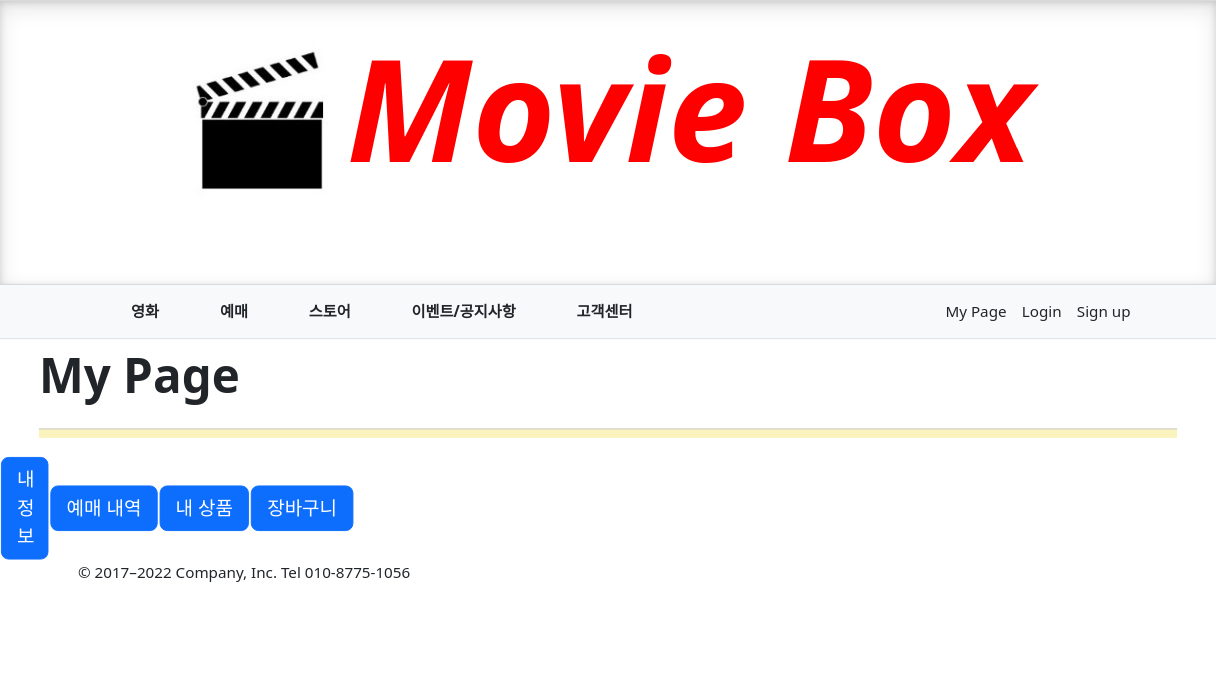
Repository: SpearManCN/MovieBox-2nd-Project-
Page: http://localhost/prj_01/WEB-INF/views/myPageHome.jsp
These files come from the project's save history. The page is drawn as it stood at one moment and after the next save; the edit follows.
The browser window is 1280 px wide. The pictures show the whole page, at 95% of full size.
The page is served by Tomcat 9. Nobody is signed in. The template is opened directly, without the code that normally fills it, so the values that code supplies are empty.

Above is the page before, as saved 2022-12-13 09:49:36.

After the next save:
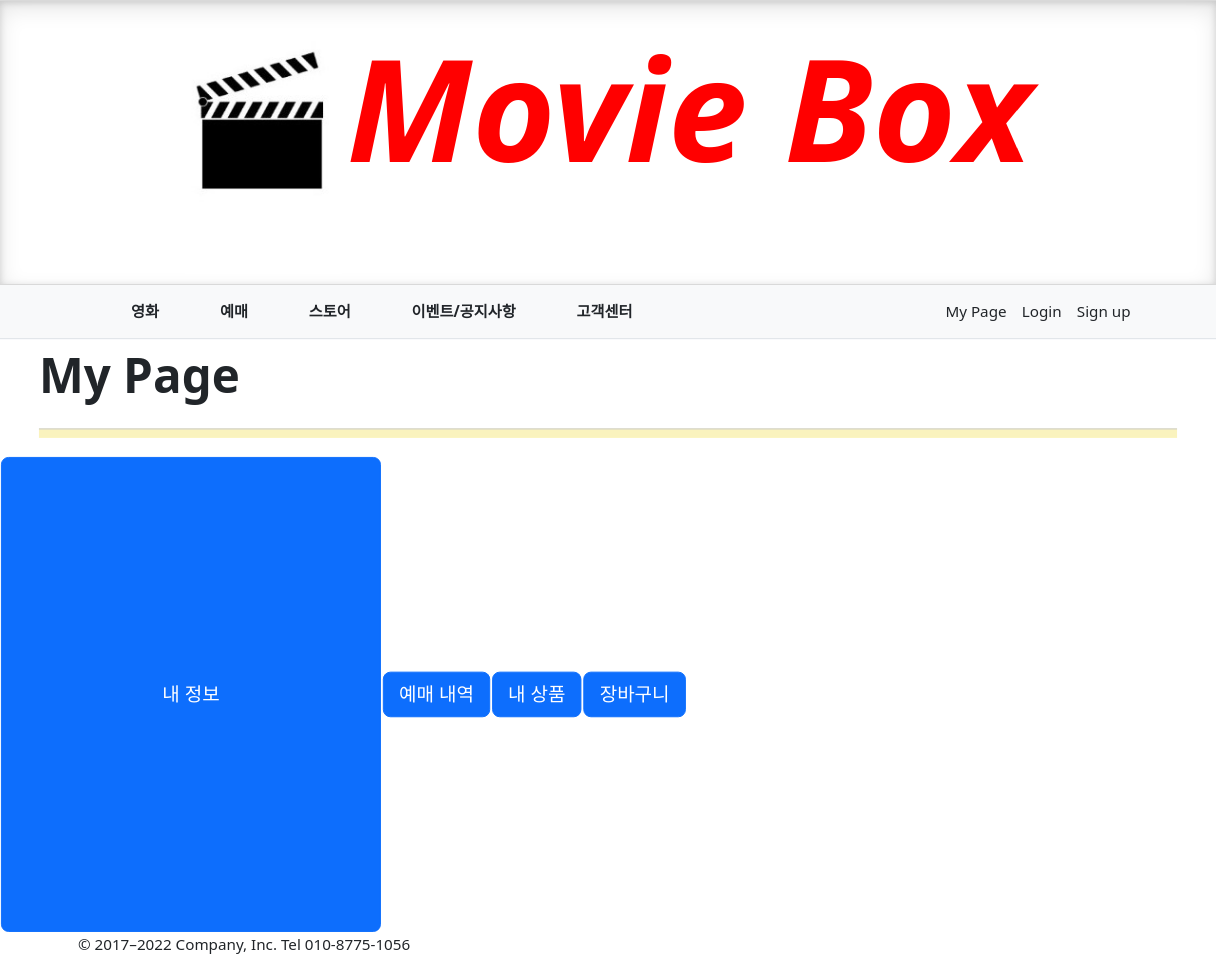
Saved 16 s later.
--- a/Second project/prj_01/src/main/webapp/WEB-INF/views/myPageHome.jsp
+++ b/Second project/prj_01/src/main/webapp/WEB-INF/views/myPageHome.jsp
@@ -24,7 +24,7 @@
 </center>
 <table>
 	<tr>
-	<td><button type="button" class="btn btn-primary btn-lg" style="width:50px;">내 정보</button></td>
+	<td><button type="button" class="btn btn-primary btn-lg" style="width:400px; height:500px">내 정보</button></td>
 	<td><button type="button" class="btn btn-primary btn-lg">예매 내역</button></td>
 	<td><button type="button" class="btn btn-primary btn-lg">내 상품</button></td>
 	<td><button type="button" class="btn btn-primary btn-lg">장바구니</button></td>
